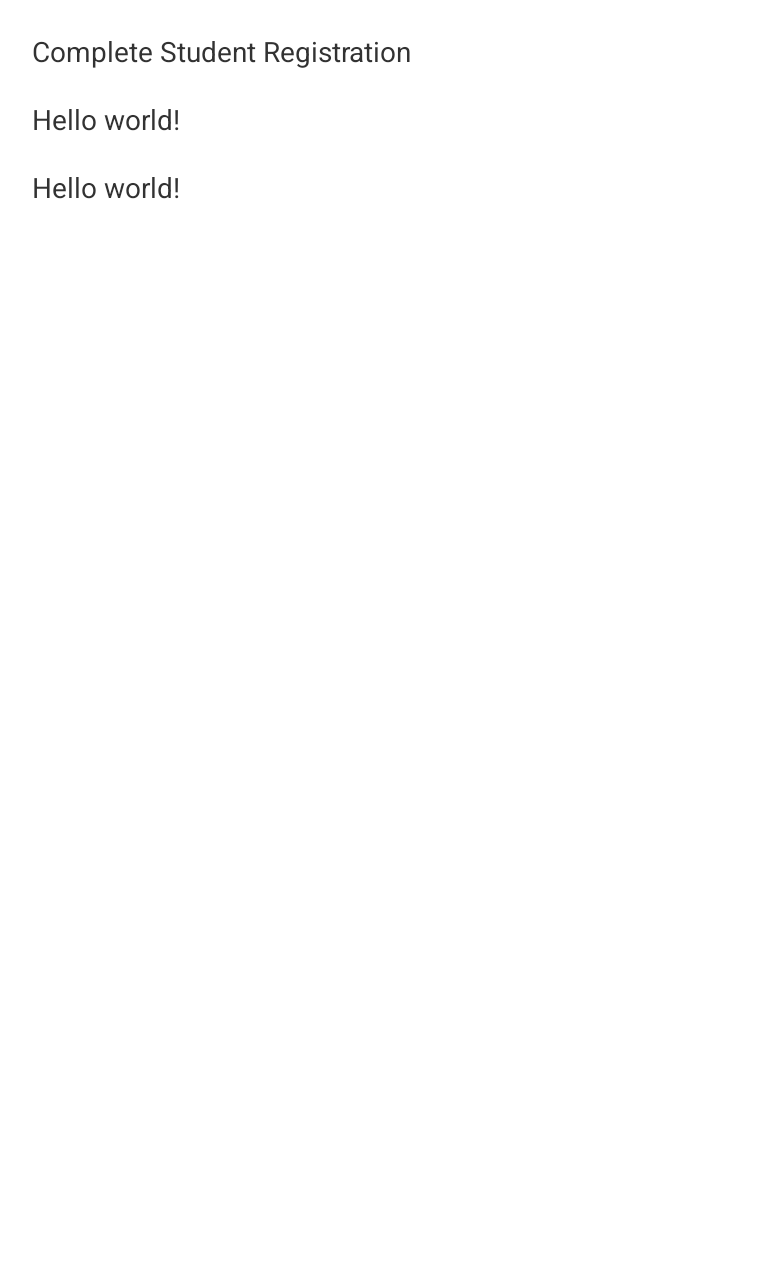
Repository: ericMedeiros93/Android-Dev
Layout: StudentInfo/res/layout/activity_register_avtivity.xml
The author's editor kept a copy of each file at every save. The layout is drawn from the files as they stood at one save, then again after the next save.
It is drawn on a 768 x 1280 px phone screen (xhdpi) without system bars, with theme AppTheme; the app's code is not run.

Above is the layout before, as saved 2014-10-08 16:41:33.

### StudentInfo/res/layout/activity_register_avtivity.xml
<LinearLayout xmlns:android="http://schemas.android.com/apk/res/android"
    xmlns:tools="http://schemas.android.com/tools"
    android:layout_width="match_parent"
    android:layout_height="match_parent"
    android:orientation="vertical"
    android:paddingBottom="@dimen/activity_vertical_margin"
    android:paddingLeft="@dimen/activity_horizontal_margin"
    android:paddingRight="@dimen/activity_horizontal_margin"
    android:paddingTop="@dimen/activity_vertical_margin"
    tools:context="com.ericmedeiros.studentinfo.RegisterActivity" >

    <TextView
        android:layout_width="wrap_content"
        android:layout_height="wrap_content"
        android:text="Complete Student Registration" />

    <TextView
        android:id="@+id/txtName"
        android:layout_width="wrap_content"
        android:layout_height="wrap_content"
        android:layout_marginTop="15dp"
        android:text="@string/hello_world" />

    <TextView
        android:id="@+id/txtNeedResidence"
        android:layout_width="wrap_content"
        android:layout_height="wrap_content"
        android:layout_marginTop="15dp"
        android:text="@string/hello_world" />

    <LinearLayout
        android:height="wrap_content"
        android:width="match_parent" >

        <Button
            android:layout_width="wrap_content"
            android:layout_height="wrap_content"
            android:text="Assign ID" />

        <Button
            android:layout_width="wrap_content"
            android:layout_height="wrap_content"
            android:text="Residence Full" />
    </LinearLayout>

</LinearLayout>

### StudentInfo/res/values/strings.xml
<?xml version="1.0" encoding="utf-8"?>
<resources>

    <string name="app_name">Student Info</string>
    <string name="hello_world">Hello world!</string>
    <string name="action_settings">Settings</string>
    <string name="name_hint">Student Name</string>
    <string name="sdne_name">Software Development, Network Engineering</string>
    <string name="sa_name">Systems Analyst</string>
    <string name="cp_name">Computer Programming</string>
    <string name="need_residence">Need Residence</string>
    <string name="register">Register</string>
    <string name="title_activity_register_avtivity">Register Avtivity</string>

</resources>

Loaded but not shown: StudentInfo/res/values/styles.xml (common file); StudentInfo/res/values-v11/styles.xml (common file); StudentInfo/res/values-v14/styles.xml (common file); StudentInfo/res/values/dimens.xml (common file); StudentInfo/res/values-w820dp/dimens.xml (common file)

After the next save:
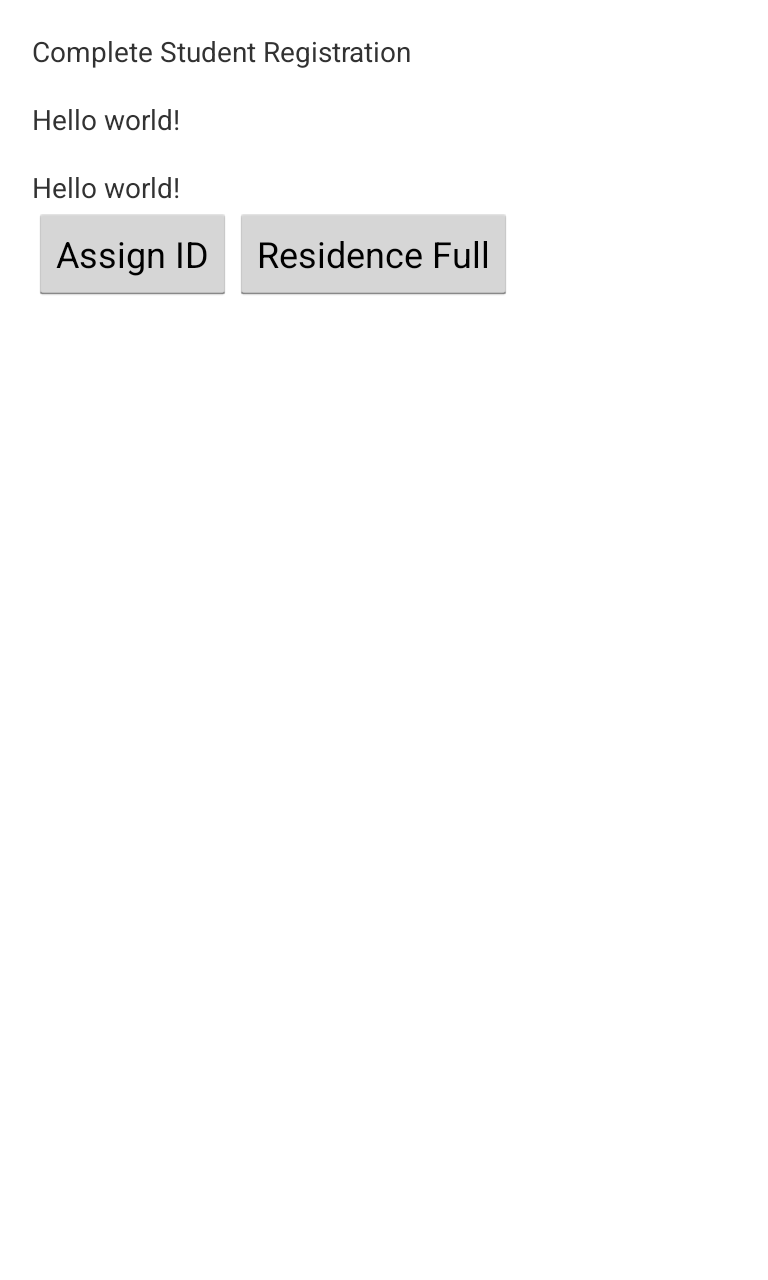
Saved 20 s later.
--- a/StudentInfo/res/layout/activity_register_avtivity.xml
+++ b/StudentInfo/res/layout/activity_register_avtivity.xml
@@ -29,8 +29,8 @@
         android:text="@string/hello_world" />
 
     <LinearLayout
-        android:height="wrap_content"
-        android:width="match_parent" >
+        android:layout_height="wrap_content"
+        android:layout_width="match_parent" >
 
         <Button
             android:layout_width="wrap_content"

After the 5 saves that followed:
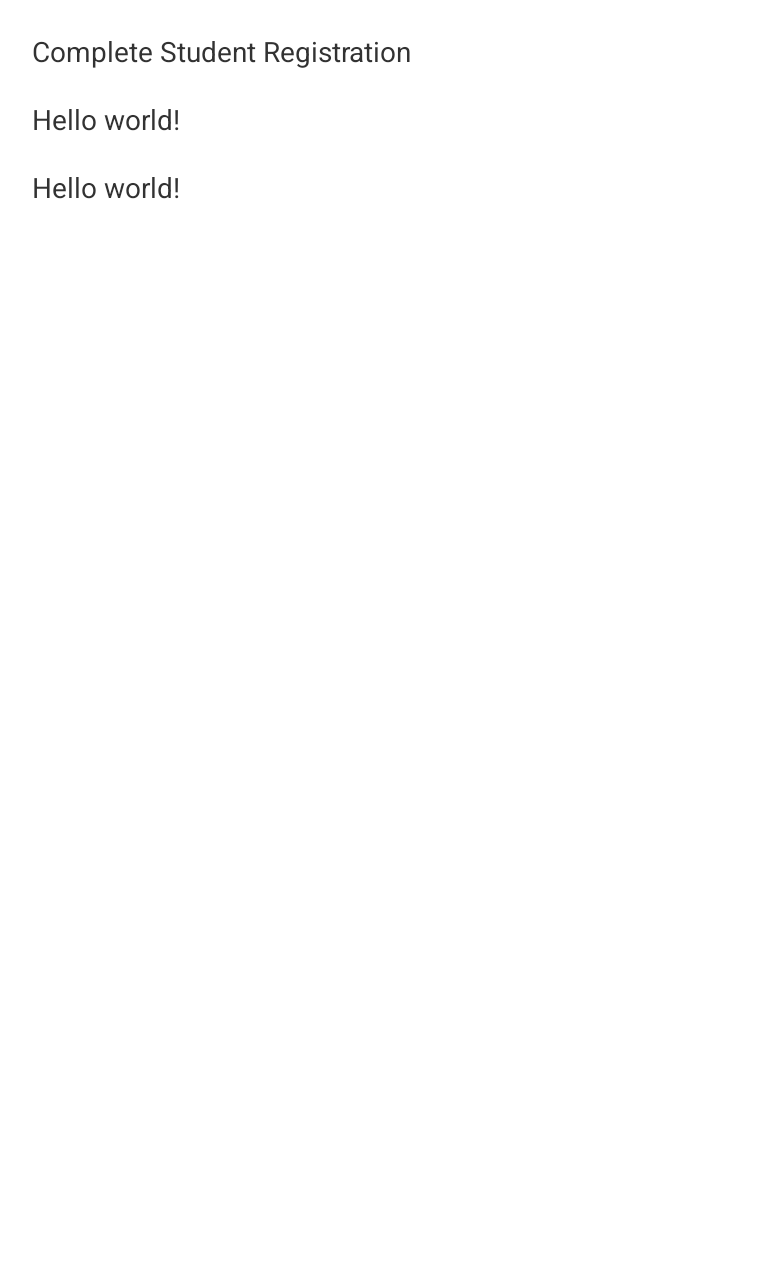
The 5 saves are shown as one change because 4 did not build or start.
The last was saved 65 s later.
--- a/StudentInfo/res/layout/activity_register_avtivity.xml
+++ b/StudentInfo/res/layout/activity_register_avtivity.xml
@@ -33,13 +33,15 @@
         android:layout_width="match_parent" >
 
         <Button
-            android:layout_width="wrap_content"
-            android:layout_height="wrap_content"
+            android:width="0dp"
+            android:wight="1"
+            android:height="wrap_content"
             android:text="Assign ID" />
 
         <Button
-            android:layout_width="wrap_content"
-            android:layout_height="wrap_content"
+            android:width="0dp"
+            android:wight="1"
+            android:height="wrap_content"
             android:text="Residence Full" />
     </LinearLayout>
 
